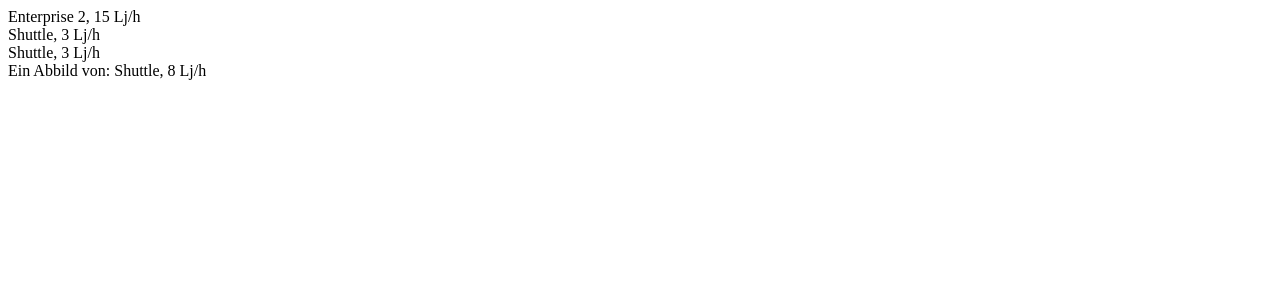
Repository: guelland/test
Page: http://localhost/Kap3/starship2.php
An editor plug-in stored every save of this project. The page is shown before and after the next save, followed by the edit.
The browser window is 1280 px wide. The pictures show the whole page.
The page is run by PHP 8.4 with error messages shown; the project is at /var/www/html/.

Above is the page before, as saved 2016-11-20 21:07:14.

After the next save:
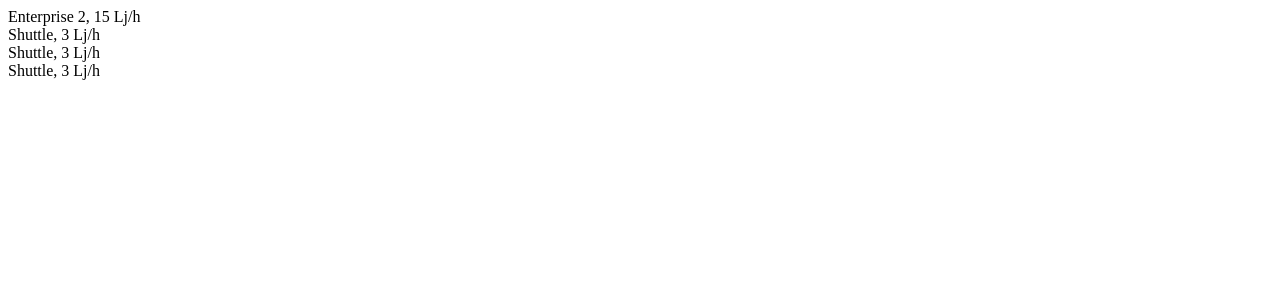
Saved 2 min 44 s later.
--- a/projektdateien_objektorientierte_programmierung_mit_php/Kap3/starship2.php
+++ b/projektdateien_objektorientierte_programmierung_mit_php/Kap3/starship2.php
@@ -36,7 +36,7 @@
 	echo $enterprise;
 	echo $ramboo;
 	echo $flex;
-	echo $flex2;
+	echo $flex;
 ?>
 </body>
 </html>
